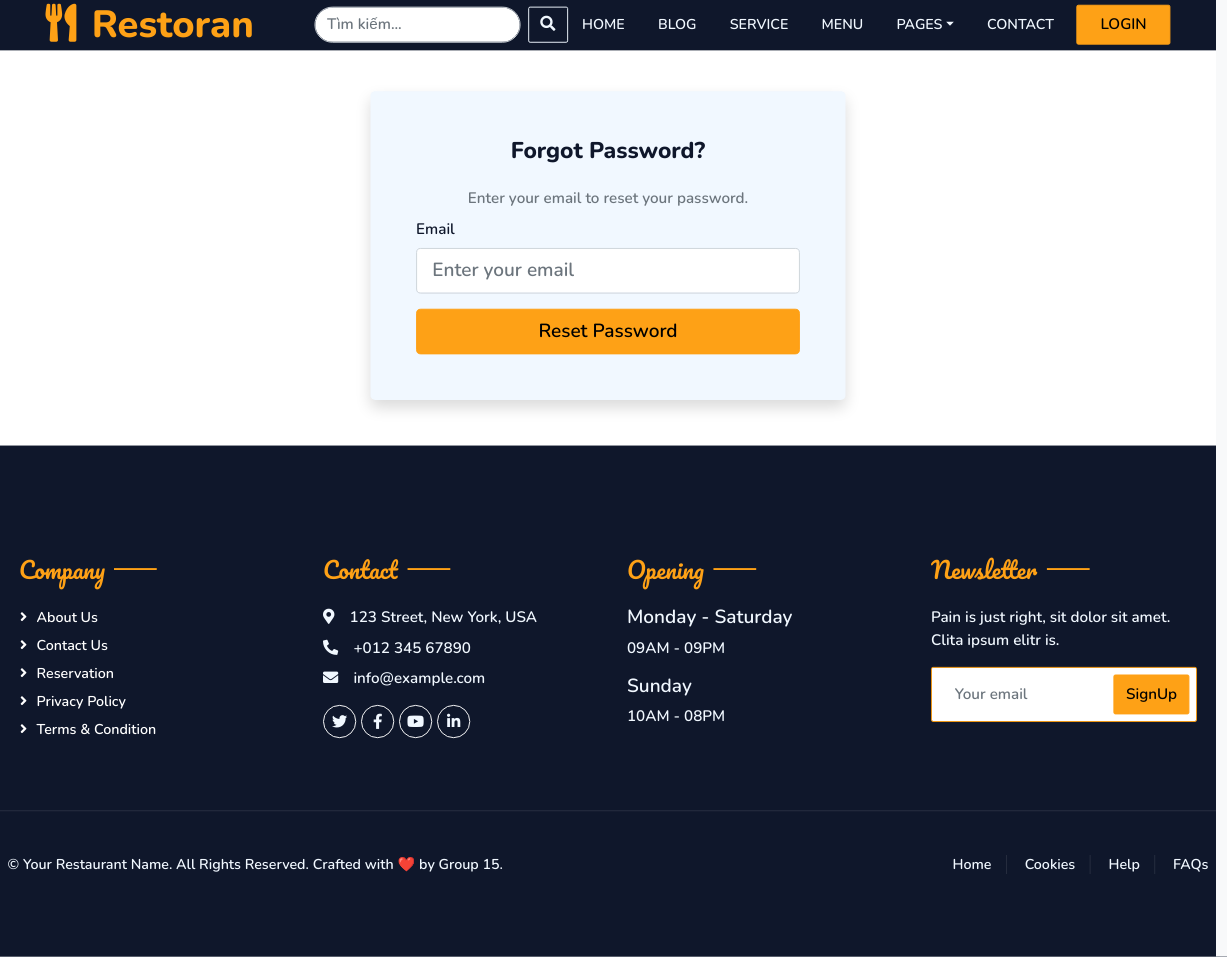
Repository: HoangKhangKhuPho4/Project_Web
Page: fpass.html
An editor plug-in stored every save of this project. The page is shown before and after the next save, followed by the edit.
The browser window is 1280 px wide. The page is 1292 px wide, so the pictures cover 1292 px, including what lies to the right of the window. The pictures show the whole page, at 95% of full size.
Some web libraries are served in a nearby version.

Above is the page before, as saved 2025-01-02 20:31:07.

### fpass.html
<!DOCTYPE html>
<html lang="en">

<head>
    <meta charset="utf-8" />
    <title>Restoran - Bootstrap Restaurant Template</title>
    <meta content="width=device-width, initial-scale=1.0" name="viewport" />
    <meta content="" name="keywords" />
    <meta content="" name="description" />

    <!-- Favicon -->
    <link href="img/favicon.ico" rel="icon" />

    <!-- Google Web Fonts -->
    <link rel="preconnect" href="https://fonts.googleapis.com" />
    <link rel="preconnect" href="https://fonts.gstatic.com" crossorigin />
    <link
        href="https://fonts.googleapis.com/css2?family=Heebo:wght@400;500;600&family=Nunito:wght@600;700;800&family=Pacifico&display=swap"
        rel="stylesheet" />

    <!-- Icon Font Stylesheet -->
    <link href="https://cdnjs.cloudflare.com/ajax/libs/font-awesome/5.10.0/css/all.min.css" rel="stylesheet" />
    <link href="https://cdn.jsdelivr.net/npm/bootstrap-icons@1.4.1/font/bootstrap-icons.css" rel="stylesheet" />

    <!-- Libraries Stylesheet -->
    <link href="lib/animate/animate.min.css" rel="stylesheet" />
    <link href="lib/owlcarousel/assets/owl.carousel.min.css" rel="stylesheet" />
    <link href="lib/tempusdominus/css/tempusdominus-bootstrap-4.min.css" rel="stylesheet" />

    <!-- Customized Bootstrap Stylesheet -->
    <link href="css/bootstrap.min.css" rel="stylesheet" />

    <!-- Template Stylesheet -->
    <link href="css/style.css" rel="stylesheet" />
</head>

<body>
    <div class="container-xxl bg-white p-0">
        <!-- Spinner Start -->
        <div id="spinner"
            class="show bg-white position-fixed translate-middle w-100 vh-100 top-50 start-50 d-flex align-items-center justify-content-center">
            <div class="spinner-border text-primary" style="width: 3rem; height: 3rem" role="status">
                <span class="sr-only">Loading...</span>
            </div>
        </div>
        <!-- Spinner End -->

        <!-- Navbar & Hero Start -->
        <div class="container-xxl position-relative p-0">
            <nav class="navbar navbar-expand-lg navbar-dark bg-dark px-4 px-lg-5 py-3 py-lg-0">
                <div class="d-flex align-items-center">
                    <a href="#" class="navbar-brand p-0">
                        <h1 class="text-primary m-0">
                            <i class="fa fa-utensils me-3"></i>Restoran
                        </h1>
                        <!-- <img src="img/logo.png" alt="Logo"> -->
                    </a>

                    <!-- Thêm khoảng cách bằng cách sử dụng lớp ms-4 -->
                    <form class="d-none d-lg-flex ms-5" role="search">
                        <input class="form-control me-2" type="search" placeholder="Tìm kiếm..." aria-label="Search" />
                        <button class="btn btn-outline-light" type="submit">
                            <i class="fa fa-search"></i>
                        </button>
                    </form>
                </div>

                <button class="navbar-toggler" type="button" data-bs-toggle="collapse" data-bs-target="#navbarCollapse"
                    aria-controls="navbarCollapse" aria-expanded="false" aria-label="Toggle navigation">
                    <span class="fa fa-bars"></span>
                </button>

                <div class="collapse navbar-collapse" id="navbarCollapse">
                    <div class="navbar-nav ms-auto py-0 pe-4">
                        <a href="index.html" class="nav-item nav-link">Home</a>
                        <a href="blog.html" class="nav-item nav-link">Blog</a>
                        <a href="service.html" class="nav-item nav-link">Service</a>
                        <a href="menu.html" class="nav-item nav-link">Menu</a>
                        <div class="nav-item dropdown">
                            <a href="#" class="nav-link dropdown-toggle" data-bs-toggle="dropdown">Pages</a>
                            <div class="dropdown-menu m-0">
                                <a href="booking.html" class="dropdown-item">Booking</a>
                                <a href="team.html" class="dropdown-item">Our Team</a>
                                <a href="testimonial.html" class="dropdown-item">Testimonial</a>
                            </div>
                        </div>
                        <a href="contact.html" class="nav-item nav-link">Contact</a>
                    </div>
                    <a href="login.html" class="btn btn-primary py-2 px-4">LOGIN</a>
                </div>
            </nav>


        </div>
        <!-- Navbar & Hero End -->

        <!-- Password Reset Form -->
        <div class="container d-flex justify-content-center my-5 pt-5">
            <form id ="fpassform" class="bg-light p-5 rounded-3 shadow"  style="max-width: 500px; width: 100%;">
                <h4 class="text-center mb-4">Forgot Password?</h4>
                <p class="text-center text-muted mb-2">Enter your email to reset your password.</p>
                <!-- Email input -->
                <div class="form-outline mb-3">
                    <label for="email" class="form-label">Email</label>
                    <input type="email" id="email" class="form-control form-control-lg" placeholder="Enter your email"
                        required />
                </div>
                <!-- Submit button -->
                <button type="submit" class="btn btn-primary btn-lg w-100">Reset Password</button>
            </form>
        </div>

        <!-- Modal for Error Message -->
        <div class="modal fade" id="errorModal" tabindex="-1" aria-labelledby="errorModalLabel" aria-hidden="true">
            <div class="modal-dialog">
                <div class="modal-content">
                    <div class="modal-header">
                        <h5 class="modal-title" id="errorModalLabel">Error</h5>
                        <button type="button" class="btn-close" data-bs-dismiss="modal" aria-label="Close"></button>
                    </div>
                    <div class="modal-body">
                        <p id="errorMessage">Please enter a valid email address.</p>
                    </div>
                    <div class="modal-footer">
                        <button type="button" class="btn btn-secondary" data-bs-dismiss="modal">Close</button>
                    </div>
                </div>
            </div>
        </div>
        <!-- Modal for Success Message -->
        <div class="modal fade" id="successModal" tabindex="-1" aria-labelledby="successModalLabel" aria-hidden="true">
            <div class="modal-dialog">
                <div class="modal-content">
                    <div class="modal-header">
                        <h5 class="modal-title" id="successModalLabel">Success</h5>
                        <button type="button" class="btn-close" data-bs-dismiss="modal" aria-label="Close"></button>
                    </div>
                    <div class="modal-body">
                        <p>A password reset link has been sent to your email address.</p>
                    </div>
                    <div class="modal-footer">
                        <button type="button" class="btn btn-secondary" data-bs-dismiss="modal" onclick="window.location.href='login.html'">Close</button>
                    </div>
                </div>
            </div>
        </div>
        <!-- Footer Start -->
        <div class="container-fluid bg-dark text-light footer pt-5 mt-5 wow fadeIn" data-wow-delay="0.1s">
            <div class="container-fluid py-5">
                <div class="row g-5">
                    <div class="col-lg-3 col-md-6">
                        <h4 class="section-title ff-secondary text-start text-primary fw-normal mb-4">
                            Company
                        </h4>
                        <a class="btn btn-link" href="#">About Us</a>
                        <a class="btn btn-link" href="#">Contact Us</a>
                        <a class="btn btn-link" href="#">Reservation</a>
                        <a class="btn btn-link" href="#">Privacy Policy</a>
                        <a class="btn btn-link" href="#">Terms & Condition</a>
                    </div>
                    <div class="col-lg-3 col-md-6">
                        <h4 class="section-title ff-secondary text-start text-primary fw-normal mb-4">
                            Contact
                        </h4>
                        <p class="mb-2">
                            <i class="fa fa-map-marker-alt me-3"></i>123 Street, New York,
                            USA
                        </p>
                        <p class="mb-2">
                            <i class="fa fa-phone-alt me-3"></i>+012 345 67890
                        </p>
                        <p class="mb-2">
                            <i class="fa fa-envelope me-3"></i>info@example.com
                        </p>
                        <div class="d-flex pt-2">
                            <a class="btn btn-outline-light btn-social" href="#"><i class="fab fa-twitter"></i></a>
                            <a class="btn btn-outline-light btn-social" href="#"><i class="fab fa-facebook-f"></i></a>
                            <a class="btn btn-outline-light btn-social" href="#"><i class="fab fa-youtube"></i></a>
                            <a class="btn btn-outline-light btn-social" href="#"><i class="fab fa-linkedin-in"></i></a>
                        </div>
                    </div>
                    <div class="col-lg-3 col-md-6">
                        <h4 class="section-title ff-secondary text-start text-primary fw-normal mb-4">
                            Opening
                        </h4>
                        <h5 class="text-light fw-normal">Monday - Saturday</h5>
                        <p>09AM - 09PM</p>
                        <h5 class="text-light fw-normal">Sunday</h5>
                        <p>10AM - 08PM</p>
                    </div>
                    <div class="col-lg-3 col-md-6">
                        <h4 class="section-title ff-secondary text-start text-primary fw-normal mb-4">
                            Newsletter
                        </h4>
                        <p>
                            Pain is just right, sit dolor sit amet. Clita ipsum elitr is.
                        </p>
                        <div class="position-relative mx-auto" style="max-width: 400px">
                            <input class="form-control border-primary w-100 py-3 ps-4 pe-5" type="email"
                                placeholder="Your email" />
                            <button type="button" class="btn btn-primary py-2 position-absolute top-0 end-0 mt-2 me-2">
                                SignUp
                            </button>
                        </div>
                    </div>
                </div>
            </div>
            <div class="container-fluid">
                <div class="copyright">
                    <div class="row">
                        <div class="col-md-6 text-center text-md-start mb-3 mb-md-0">
                            © Your Restaurant Name. All Rights Reserved. Crafted with ❤️ by
                            Group 15.
                        </div>
                        <div class="col-md-6 text-center text-md-end">
                            <div class="footer-menu">
                                <a href="#">Home</a>
                                <a href="#">Cookies</a>
                                <a href="#">Help</a>
                                <a href="#">FAQs</a>
                            </div>
                        </div>
                    </div>
                </div>
            </div>
        </div>
        <!-- Footer End -->

        <!-- Back to Top -->
        <a href="#" class="btn btn-lg btn-primary btn-lg-square back-to-top"><i class="bi bi-arrow-up"></i></a>
    </div>

    <!-- JavaScript Libraries -->
    <script src="https://code.jquery.com/jquery-3.4.1.min.js"></script>
    <script src="https://cdn.jsdelivr.net/npm/bootstrap@5.0.0/dist/js/bootstrap.bundle.min.js"></script>
    <script src="lib/wow/wow.min.js"></script>
    <script src="lib/easing/easing.min.js"></script>
    <script src="lib/waypoints/waypoints.min.js"></script>
    <script src="lib/counterup/counterup.min.js"></script>
    <script src="lib/owlcarousel/owl.carousel.min.js"></script>
    <script src="lib/tempusdominus/js/moment.min.js"></script>
    <script src="lib/tempusdominus/js/moment-timezone.min.js"></script>
    <script src="lib/tempusdominus/js/tempusdominus-bootstrap-4.min.js"></script>

    <script src="js/fpass.js"></script>

    <!-- Template Javascript -->
    <script src="js/main.js"></script>
</body>

</html>

Loaded but not shown: lib/animate/animate.min.css (library); lib/owlcarousel/assets/owl.carousel.min.css (common file); lib/tempusdominus/css/tempusdominus-bootstrap-4.min.css (library); css/bootstrap.min.css (library); lib/wow/wow.min.js (library); lib/easing/easing.min.js (common file); lib/waypoints/waypoints.min.js (library); lib/counterup/counterup.min.js (common file); lib/owlcarousel/owl.carousel.min.js (library); lib/tempusdominus/js/moment.min.js (library); lib/tempusdominus/js/moment-timezone.min.js (library); lib/tempusdominus/js/tempusdominus-bootstrap-4.min.js (library); js/main.js (331 lines, source omitted); js/fpass.js (19 lines, source omitted); css/style.css (1230 lines, source omitted)

After the next save:
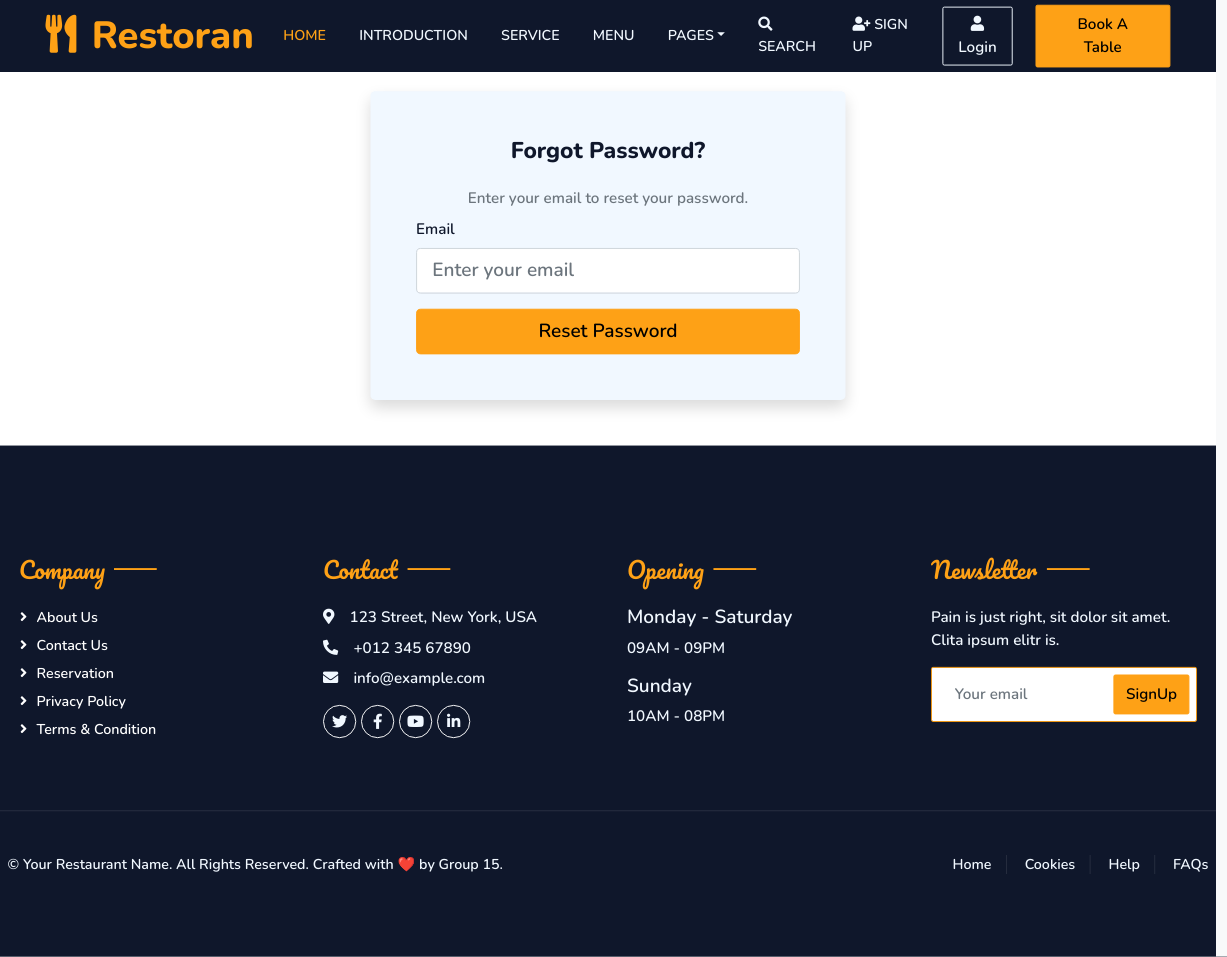
Saved 32 s later.
--- a/fpass.html
+++ b/fpass.html
@@ -49,46 +49,59 @@
         <div class="container-xxl position-relative p-0">
             <nav class="navbar navbar-expand-lg navbar-dark bg-dark px-4 px-lg-5 py-3 py-lg-0">
                 <div class="d-flex align-items-center">
-                    <a href="#" class="navbar-brand p-0">
-                        <h1 class="text-primary m-0">
-                            <i class="fa fa-utensils me-3"></i>Restoran
-                        </h1>
-                        <!-- <img src="img/logo.png" alt="Logo"> -->
+                  <a href="#" class="navbar-brand p-0">
+                    <h1 class="text-primary m-0">
+                      <i class="fa fa-utensils me-3"></i>Restoran
+                    </h1>
+                    <!-- <img src="img/logo.png" alt="Logo"> -->
+                  </a>
+                </div>
+
+                <button
+                  class="navbar-toggler"
+                  type="button"
+                  data-bs-toggle="collapse"
+                  data-bs-target="#navbarCollapse"
+                  aria-controls="navbarCollapse"
+                  aria-expanded="false"
+                  aria-label="Toggle navigation"
+                >
+                  <span class="fa fa-bars"></span>
+                </button>
+
+                <div class="collapse navbar-collapse" id="navbarCollapse">
+                  <div class="navbar-nav ms-auto py-0 pe-4">
+                    <a href="index.html" class="nav-item nav-link active">Home</a>
+                    <a href="introduction.html" class="nav-item nav-link">Introduction</a>
+                    <!-- Removed Blog Link -->
+                    <a href="service.html" class="nav-item nav-link">Service</a>
+                    <a href="menu.html" class="nav-item nav-link">Menu</a>
+                    <div class="nav-item dropdown">
+                      <a href="#" class="nav-link dropdown-toggle" data-bs-toggle="dropdown">Pages</a>
+                      <div class="dropdown-menu m-0">
+                        <a href="booking.html" class="dropdown-item">Booking</a>
+                        <a href="team.html" class="dropdown-item">Our Team</a>
+                        <a href="testimonial.html" class="dropdown-item">Testimonial</a>
+                        <!-- Added Blog and Contact -->
+                        <a href="blog.html" class="dropdown-item">Blog</a>
+                        <a href="contact.html" class="dropdown-item">Contact</a>
+                      </div>
+                    </div>
+                    <!-- Removed Contact Link -->
+                    <a href="search.html" class="nav-item nav-link">
+                      <i class="fa fa-search"></i> Search
                     </a>
-
-                    <!-- Thêm khoảng cách bằng cách sử dụng lớp ms-4 -->
-                    <form class="d-none d-lg-flex ms-5" role="search">
-                        <input class="form-control me-2" type="search" placeholder="Tìm kiếm..." aria-label="Search" />
-                        <button class="btn btn-outline-light" type="submit">
-                            <i class="fa fa-search"></i>
-                        </button>
-                    </form>
-                </div>
-
-                <button class="navbar-toggler" type="button" data-bs-toggle="collapse" data-bs-target="#navbarCollapse"
-                    aria-controls="navbarCollapse" aria-expanded="false" aria-label="Toggle navigation">
-                    <span class="fa fa-bars"></span>
-                </button>
-
-                <div class="collapse navbar-collapse" id="navbarCollapse">
-                    <div class="navbar-nav ms-auto py-0 pe-4">
-                        <a href="index.html" class="nav-item nav-link">Home</a>
-                        <a href="blog.html" class="nav-item nav-link">Blog</a>
-                        <a href="service.html" class="nav-item nav-link">Service</a>
-                        <a href="menu.html" class="nav-item nav-link">Menu</a>
-                        <div class="nav-item dropdown">
-                            <a href="#" class="nav-link dropdown-toggle" data-bs-toggle="dropdown">Pages</a>
-                            <div class="dropdown-menu m-0">
-                                <a href="booking.html" class="dropdown-item">Booking</a>
-                                <a href="team.html" class="dropdown-item">Our Team</a>
-                                <a href="testimonial.html" class="dropdown-item">Testimonial</a>
-                            </div>
-                        </div>
-                        <a href="contact.html" class="nav-item nav-link">Contact</a>
-                    </div>
-                    <a href="login.html" class="btn btn-primary py-2 px-4">LOGIN</a>
-                </div>
-            </nav>
+                    <a href="register.html" class="nav-item nav-link">
+                      <i class="fa fa-user-plus"></i> Sign up
+                    </a>
+                    <a href="login.html" class="btn btn-outline-light ms-2">
+                      <i class="fa fa-user"></i> Login
+                    </a>
+                  </div>
+
+                  <a href="booking.html" class="btn btn-primary py-2 px-4">Book A Table</a>
+                </div>
+              </nav>
 
 
         </div>
